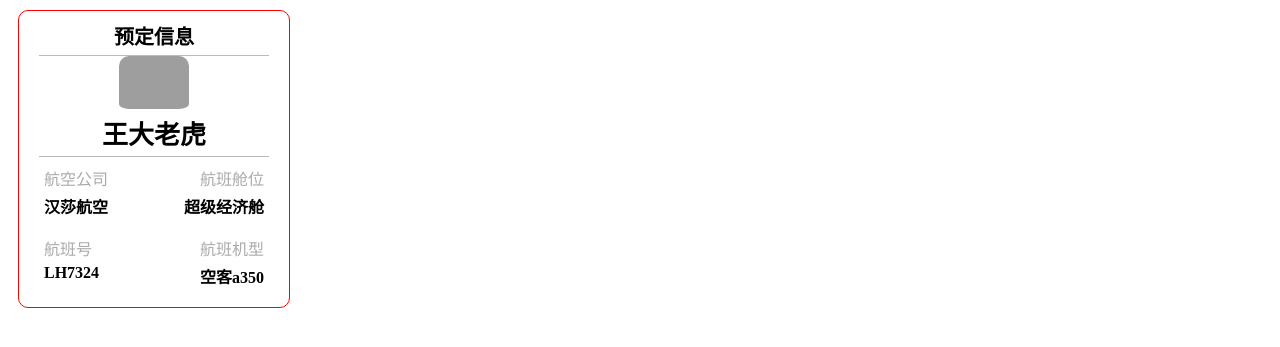
Repository: xzm1997/react-learning
Page: /
An editor plug-in stored every save of this project. The page is shown before and after the next save, followed by the edit.
The browser window is 1280 px wide. The pictures show the whole page.
Pictures or frames that could not be fetched are drawn as grey boxes. The project was rebuilt for these pictures with package versions that can differ from the ones it lists, and the page was loaded fresh each time.

Above is the page before, as saved 2023-01-31 11:06:31.

After the next save:
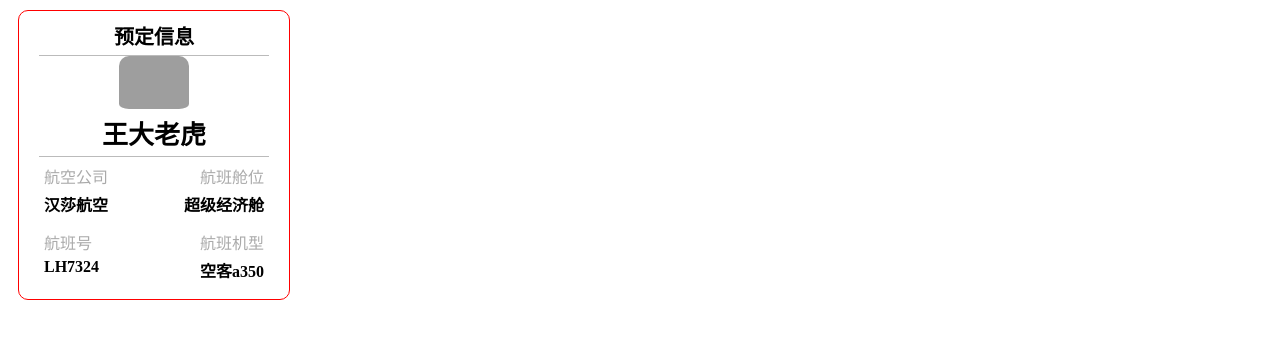
Saved 20 s later.
--- a/src/index.css
+++ b/src/index.css
@@ -47,7 +47,7 @@
 }
 
 .infoShow {
-  padding: 7px 0;
+  padding: 5px 0;
 }
 
 .bookTitle {
